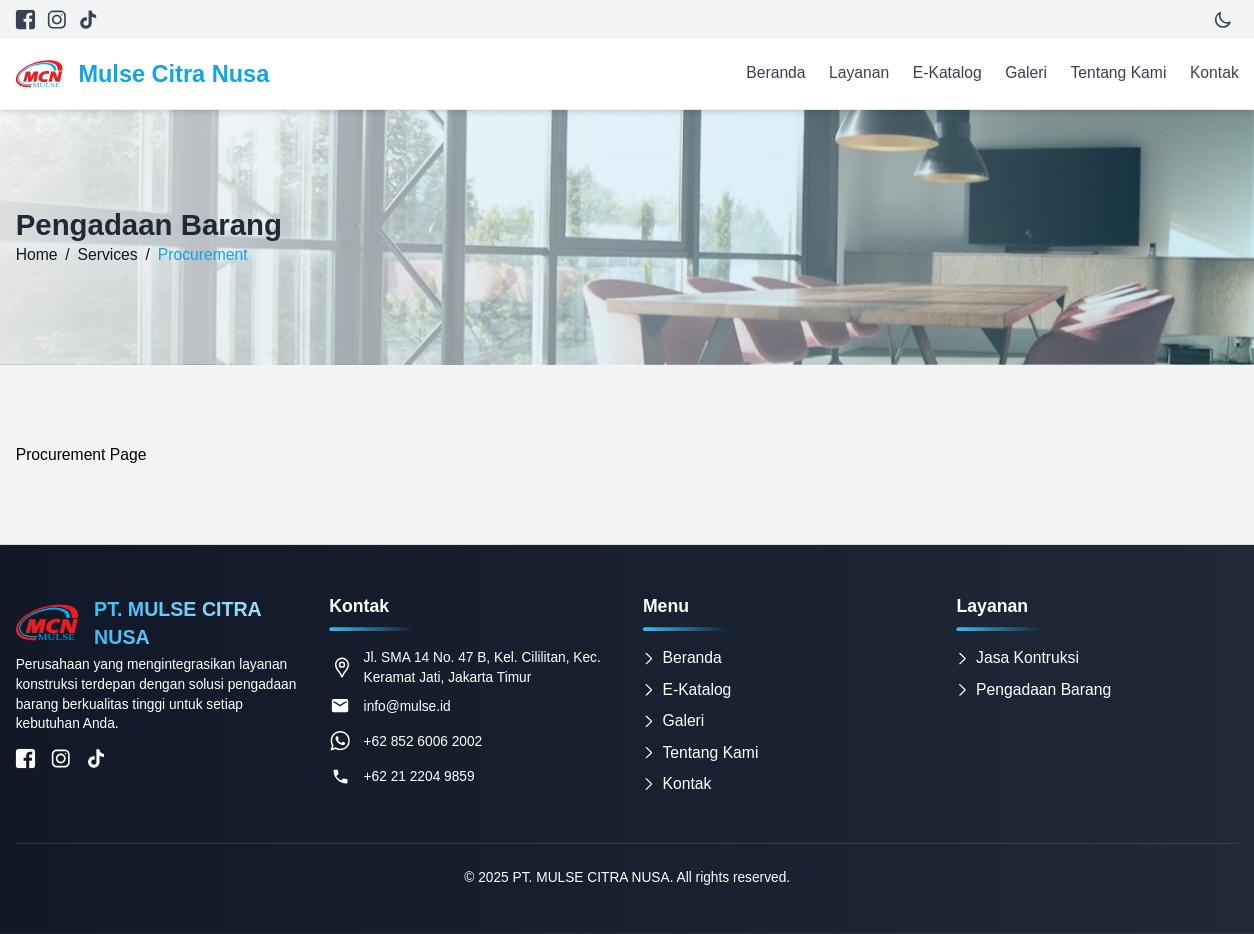
Repository: PrasBaldin/next-mulse
Page: /services/procurement
An editor plug-in stored every save of this project. The page is shown before and after the next save, followed by the edit.
The browser window is 1280 px wide. The pictures show the whole page, at 98% of full size.
The project was rebuilt for these pictures with package versions that can differ from the ones it lists, and the page was loaded fresh each time. The framework's server and built-in components were replaced by stand-ins that run in the browser. Also part of the build but not shown: next.config.ts.

Above is the page before, as saved 2025-02-26 13:11:43.

After the next save:
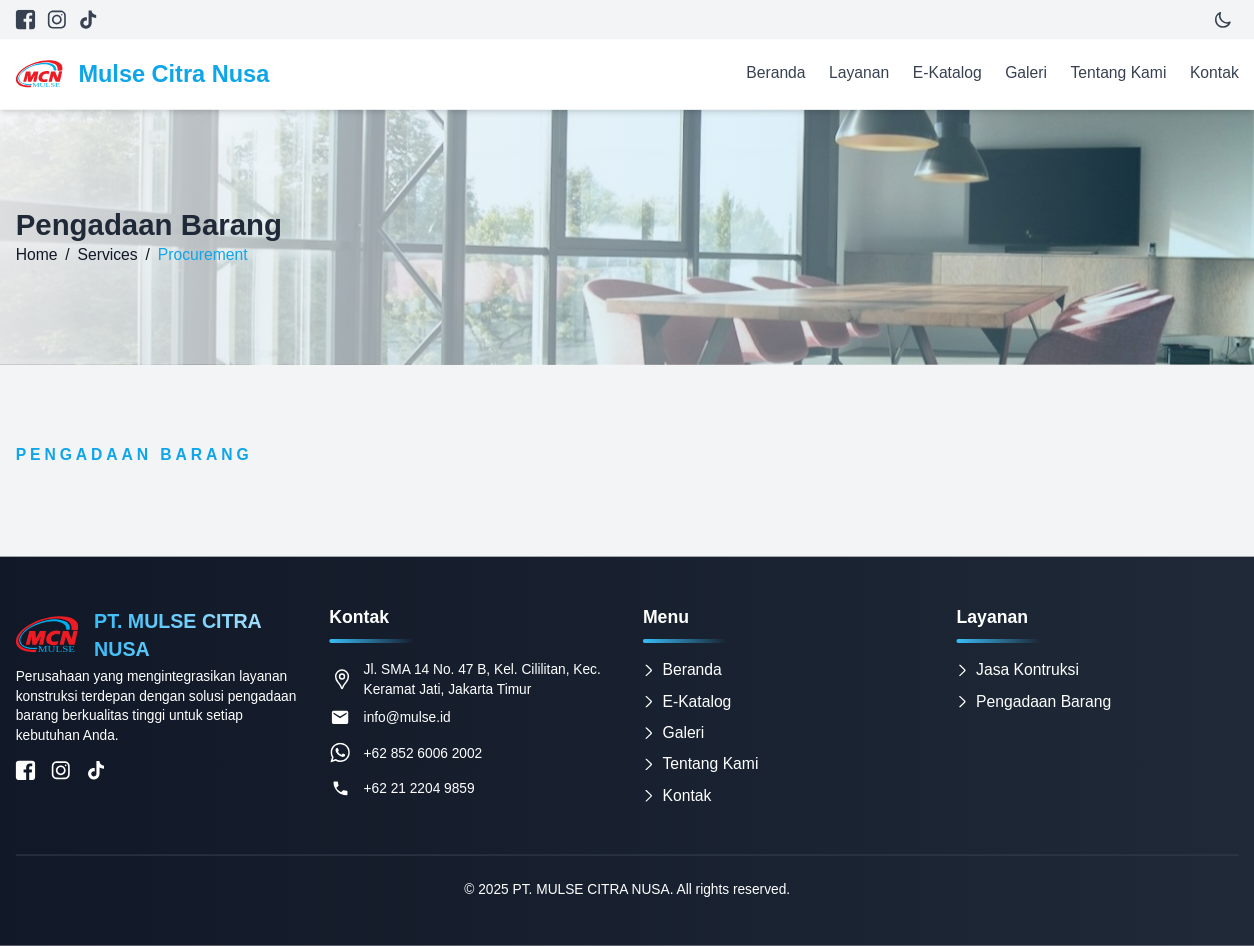
Saved 4 min 58 s later.
--- a/app/services/procurement/page.tsx
+++ b/app/services/procurement/page.tsx
@@ -46,7 +46,9 @@
       </section>
       <section className="py-20">
         <div className="container">
-          <h3>Procurement Page</h3>
+          <h4 className="mb-3 text-sky-500 font-semibold tracking-[.25em] uppercase">
+            Pengadaan Barang
+          </h4>
         </div>
       </section>
     </>
